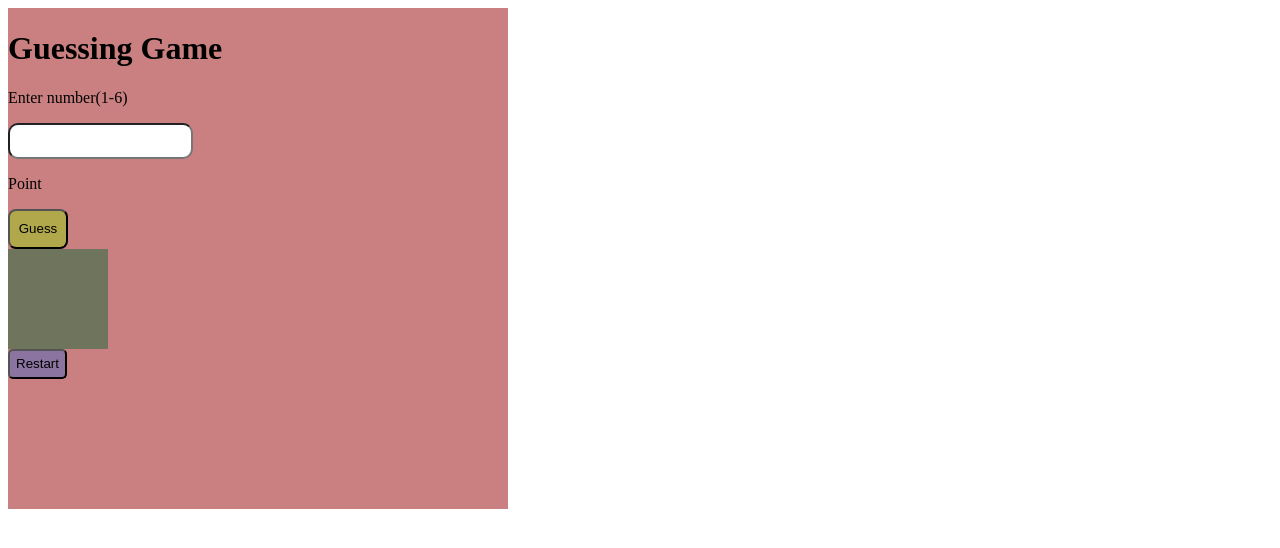
Repository: AniAntonyan/GuessingGame
Page: index.html
The author's editor kept a copy of each file at every save. The page is drawn from the files as they stood at one save, then again after the next save.
The browser window is 1280 px wide. The pictures show the whole page.

Above is the page before, as saved 2022-02-27 17:15:32.

After the next save:
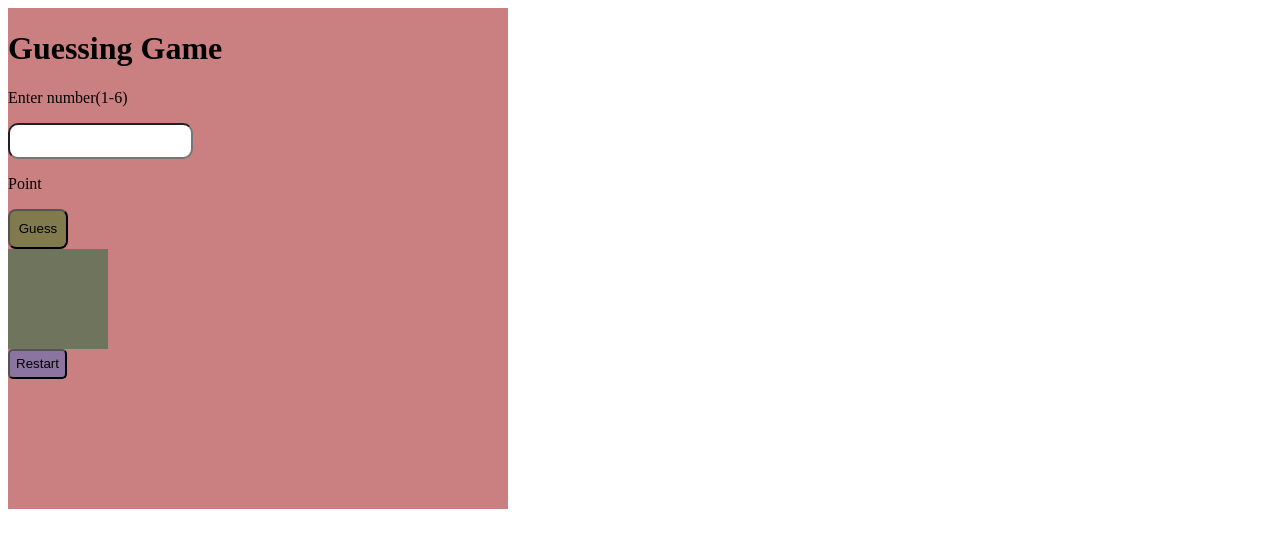
Saved 4 s later.
--- a/style.css
+++ b/style.css
@@ -14,7 +14,7 @@
     height: 40px;
     width: 60px;
     border-radius: 8px;
-    background-color: rgb(177, 167, 75);
+    background-color: rgb(128, 122, 76);
 }
 
 .table{
